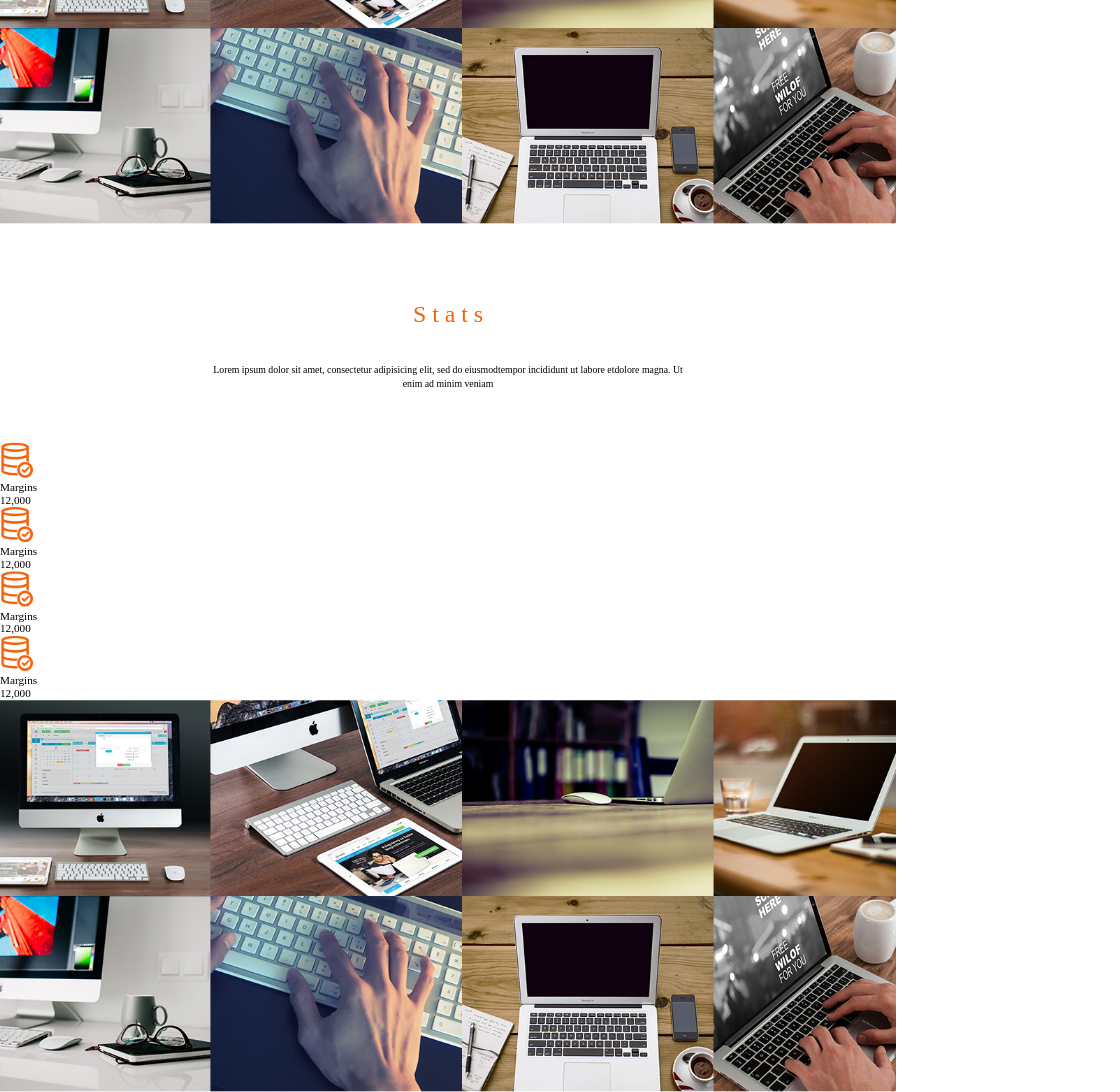
Repository: ScarApocalypse/study
Page: HTML5learning/HTML5作业/index.html
These files come from the project's save history. The page is drawn as it stood at one moment and after the next save; the edit follows.
The browser window is 1280 px wide. The page is 1600 px wide, so the pictures cover 1600 px, including what lies to the right of the window. The pictures show the part of the page from y = 1418 to 2978 px (the page is 2978 px tall before and 2610 px after), at 70% of full size.

Above is the page before, as saved 2019-03-20 20:48:26.

### HTML5learning/HTML5作业/index.html
<!DOCTYPE html>
<html lang="en">
<head>
    <meta charset="UTF-8">
    <title>Document</title>
    <link rel="stylesheet" href="css/index.css">
    <script src="js/index.js"></script>
</head>
<body>
    <!-- 顶部区域 -->
    <header>
            <div class="container">
                    <a href="index.html" class="logo"><img src="img/logo.jpg" alt=""></a>
                    <nav>
                        <a href="#">HOME</a>
                        <a href="#">PORTFOLIO</a>
                        <a href="#">TEAM</a>
                        <a href="#">CONTACT US</a>
                    </nav>
            </div>

    </header>
    <!-- banner区域 -->
    <section class="banner">
        <div class="container">
                <article>
                        <h1>Welcome to Website</h1>
                        <p>Lorem ipsum dolor sit amet, consectetur adipisicing elit</p>
                    </article>
        </div>

    </section>
    <!-- Portfolio区域 -->
    <section class="Portfolio">
        <div class="container">
            <aside>
                <h1>P o r t f o l i o</h1>
            </aside>
            <article>
                <p>Lorem ipsum dolor sit amet, consectetur adipisicing elit, sed do eiusmodtempor incididunt ut labore etdolore magna. Ut enim ad minim veniam</p>
                <ul class="keyWord clearfix">
                    <li>ALL</li>
                    <li>WEB</li>
                    <li>SOFTWARE</li>
                    <li>WORKS</li>
                    <li>BRANDS</li>
                </ul>
            </article>

        </div>
        <div class="portfolio-nav"></div>
    </section>
    <!-- Stats区域 -->
    <section class="Stats">
            <div class="container">
                    <aside>
                        <h1>S t a t s</h1>
                    </aside>
                    <article>
                        <p>Lorem ipsum dolor sit amet, consectetur adipisicing elit, sed do eiusmodtempor incididunt ut labore etdolore magna. Ut enim ad minim veniam</p>
                    </article>

            </div>
                <div class="stats-icon">
                    <div class="item">
                            <img src="img/stats1.jpg" alt="">
                            <div class="name">Margins</div>
                            <div class="number">12,000</div>
                    </div>
                    <div class="item">
                            <img src="img/stats1.jpg" alt="">
                            <div class="name">Margins</div>
                            <div class="number">12,000</div>
                    </div>
                    <div class="item">
                            <img src="img/stats1.jpg" alt="">
                            <div class="name">Margins</div>
                            <div class="number">12,000</div>
                    </div>
                    <div class="item">
                            <img src="img/stats1.jpg" alt="">
                            <div class="name">Margins</div>
                            <div class="number">12,000</div>
                    </div>
                </div>
                <div class="portfolio-nav"></div>
    </section>
    <!-- Team区域 -->
    <section class="Team">

    </section>
    <!-- Contact区域 -->
    <section class="Contact">

    </section>
    <!-- 页脚区域 -->
    <footer></footer>
</body>
</html>

### HTML5learning/HTML5作业/css/index.css
*{
    margin:0;
    padding:0;
    list-style: none;
}
body{
    height: 2000px;
    font-family:Microsoft YaHei UI;
}
a{
    text-decoration: none;
}
.clearfix:after{
    content:"";
    height: 0;
    line-height: 0;
    display: block;
    visibility: hidden;
    clear:both;
}
.clearfix{
    zoom:1;
}
/* 顶部区域 */
header{
    height: 95px;
    width: 100%;
    background: #2e2e2e;
}
header > .container{
    width: 1600px;
    margin:0 auto;
    line-height: 95px;
}
header > .container > a.logo{
    float: left;
    margin-top:7px;
}
header > .container > nav{
    float:right;
}
header > .container > nav > a{
    float: left;
    color:#fff;
    margin-left:50px;
}
/* banner区域 */
.banner{
    height: 675px;
    width: 100%;
    background:url(../img/banner.jpg) no-repeat center;
    background-size: cover;
    color:#fff;
    /* overflow: hidden; */
}
.banner > .container{
    width: 850px;
    margin:0 auto;
    text-align: center;
    padding-top:280px;

}
.banner > .container > article > h1{
    font-size:57px;

}
.banner > .container > article > p{
    font-size:16px;
    line-height: 1.5em;
}
/* Portfolio区域 */
.Stats,
.Portfolio{
    width: 100%;
    /* height: 410px; */
    overflow: hidden;
}
.Stats > .container,
.Portfolio > .container{
    width: 700px;
    margin:0 auto;
    text-align: center;

}
.Stats > .container > aside >h1,
.Portfolio > .container > aside >h1{
    color:#f46208;
    font-size:34px;
    font-weight:500;
    margin:110px 0 50px;
}
.Stats > .container > article >p,
.Portfolio > .container > article >p{
    font-size:14px;
    font-weight: 500;
    margin-bottom:72px;
    line-height: 1.5em;
}
.Stats > .container > article > ul.keyWord,
.Portfolio > .container > article > ul.keyWord{
    display: inline-block;
    margin-bottom:50px;
}
.Stats > .container > article > ul.keyWord >li,
.Portfolio > .container > article > ul.keyWord >li{
    float: left;
    /* width: 60px; */
    height: 40px;
    border:1px solid #f46208;
    text-align: center;
    line-height: 40px;
    margin:0 16px;
    font-size:16px;
    padding:0 10px;
    color:#f46208;
}
.Stats > .container > article > ul.keyWord >li:hover
.Portfolio > .container > article > ul.keyWord >li:hover{
    background: #f46208;
    color:#fff;
    cursor: pointer;
}
.Stats-nav,
.portfolio-nav{
    background: url(../img/portfolio-nav-img.jpg) no-repeat center;
    background-size: cover;
    height: 560px;
    width: 100%;
}
/* Stats区域 */
.stats > .stats-icon{
    /* display: inline-block;
    width: 100px; */
}
.stats > .stats-icon > .item{
    background-color: #000;
    color:#fff;
    width: 145px;
    height: 160px;
    float: left;
    margin:0 35px;
}
/* TEAM区域 */
.Team{
}

### HTML5learning/HTML5作业/js/index.js
window.onload=function(){
    console.log("hello");
};

After the next save:
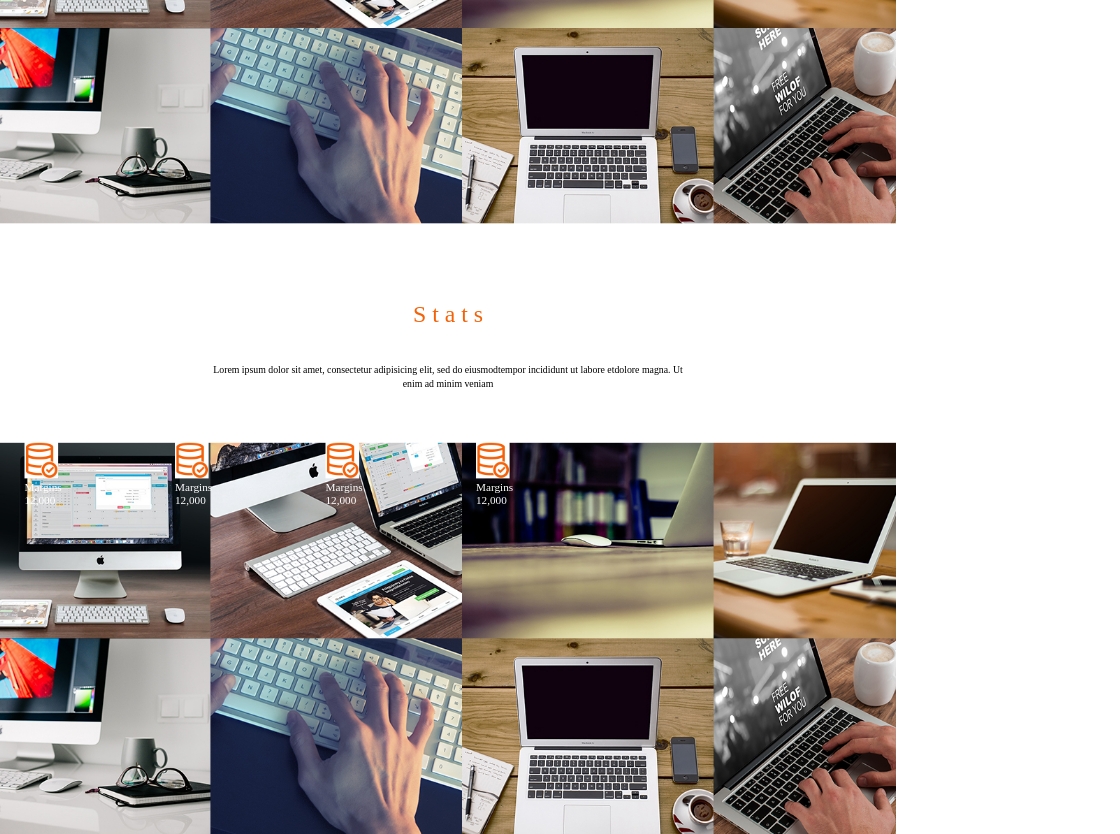
Saved 22 s later.
--- a/HTML5learning/HTML5作业/css/index.css
+++ b/HTML5learning/HTML5作业/css/index.css
@@ -128,12 +128,12 @@ header > .container > nav > a{
     width: 100%;
 }
 /* Stats区域 */
-.stats > .stats-icon{
+.Stats > .stats-icon{
     /* display: inline-block;
     width: 100px; */
 }
-.stats > .stats-icon > .item{
-    background-color: #000;
+.Stats > .stats-icon > .item{
+
     color:#fff;
     width: 145px;
     height: 160px;
